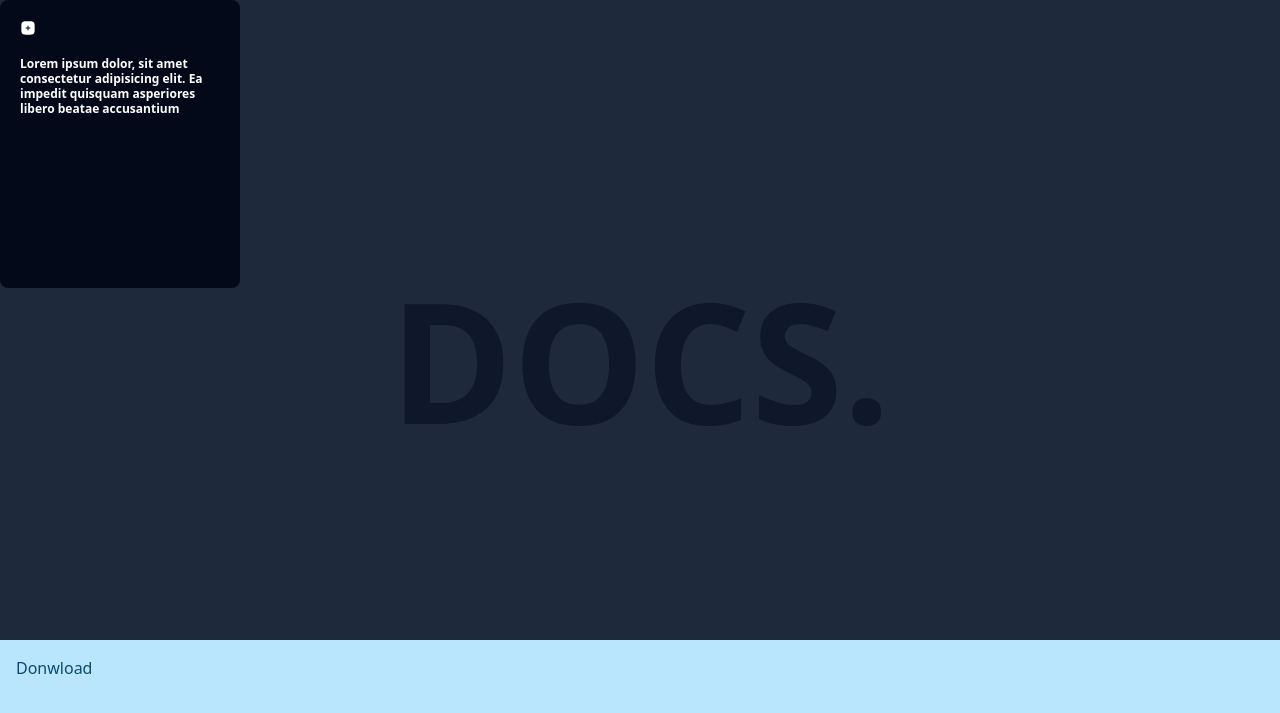
Repository: aliakbarmotallebi/framer-react
Page: /
An editor plug-in stored every save of this project. The page is shown before and after the next save, followed by the edit.
The browser window is 1280 px wide. The pictures show the whole page.
The project was rebuilt for these pictures with package versions that can differ from the ones it lists, and the page was loaded fresh each time.

Above is the page before, as saved 2024-08-14 18:37:58.

After the next save:
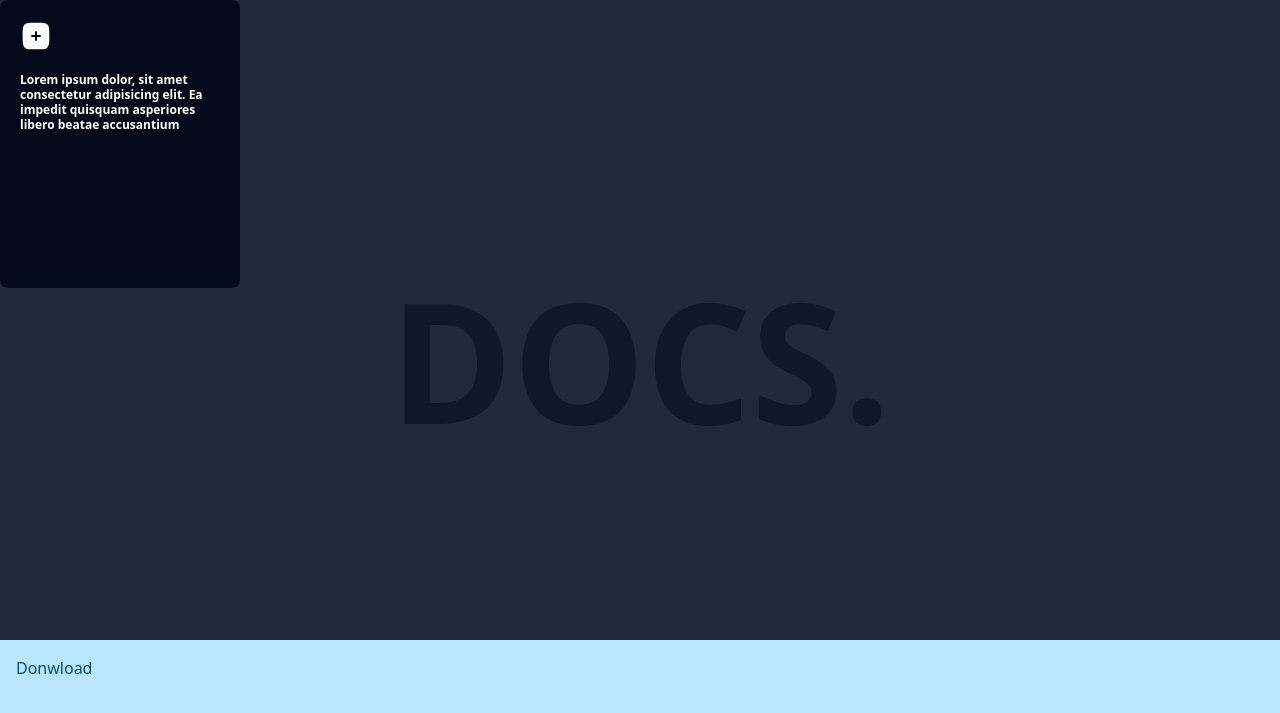
Saved 21 s later.
--- a/src/components/Card.jsx
+++ b/src/components/Card.jsx
@@ -4,7 +4,7 @@ class Card extends Component {
     render() {
         return (
             <div className="w-60 h-72 rounded-lg bg-slate-950/90 p-5 text-white">
-                <svg xmlns="http://www.w3.org/2000/svg" width="1em" height="1em" viewBox="0 0 24 24"><path fill="currentColor" fill-rule="evenodd" d="M12 22c-4.714 0-7.071 0-8.536-1.465C2 19.072 2 16.714 2 12s0-7.071 1.464-8.536C4.93 2 7.286 2 12 2s7.071 0 8.535 1.464C22 4.93 22 7.286 22 12s0 7.071-1.465 8.535C19.072 22 16.714 22 12 22m0-13.75a.75.75 0 0 1 .75.75v2.25H15a.75.75 0 0 1 0 1.5h-2.25V15a.75.75 0 0 1-1.5 0v-2.25H9a.75.75 0 0 1 0-1.5h2.25V9a.75.75 0 0 1 .75-.75" clip-rule="evenodd"/></svg>
+                <svg xmlns="http://www.w3.org/2000/svg" className="w-8 h-8" viewBox="0 0 24 24"><path fill="currentColor" fill-rule="evenodd" d="M12 22c-4.714 0-7.071 0-8.536-1.465C2 19.072 2 16.714 2 12s0-7.071 1.464-8.536C4.93 2 7.286 2 12 2s7.071 0 8.535 1.464C22 4.93 22 7.286 22 12s0 7.071-1.465 8.535C19.072 22 16.714 22 12 22m0-13.75a.75.75 0 0 1 .75.75v2.25H15a.75.75 0 0 1 0 1.5h-2.25V15a.75.75 0 0 1-1.5 0v-2.25H9a.75.75 0 0 1 0-1.5h2.25V9a.75.75 0 0 1 .75-.75" clip-rule="evenodd"/></svg>
                 <p className="text-xs leading-tight mt-5 font-semibold">
                     Lorem ipsum dolor, sit amet consectetur adipisicing elit. Ea impedit quisquam asperiores libero beatae accusantium
                 </p>
